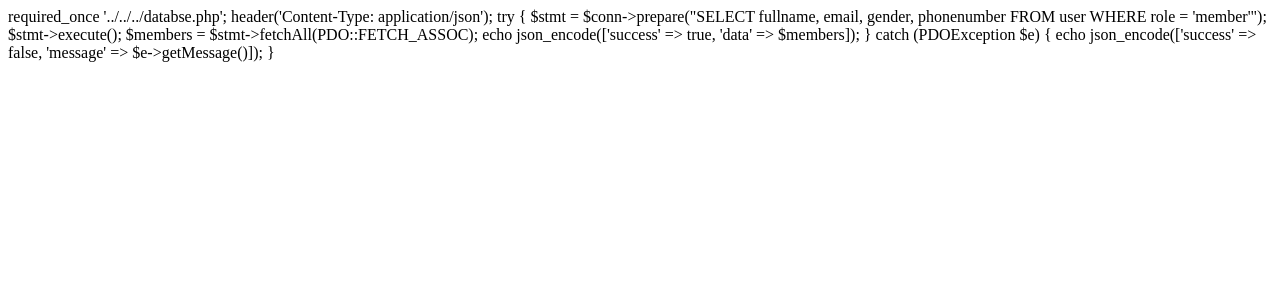
Repository: YIsheng2002/web-frontend
Page: http://localhost/view/Staff/backend-api/getMembers.php
These files come from the project's save history. The page is drawn as it stood at one moment and after the next save; the edit follows.
The browser window is 1280 px wide. The pictures show the whole page.
The page is run by PHP 8.4 with error messages shown; the project is at /var/www/html/.

Above is the page before, as saved 2025-06-28 22:14:27.

After the next save:
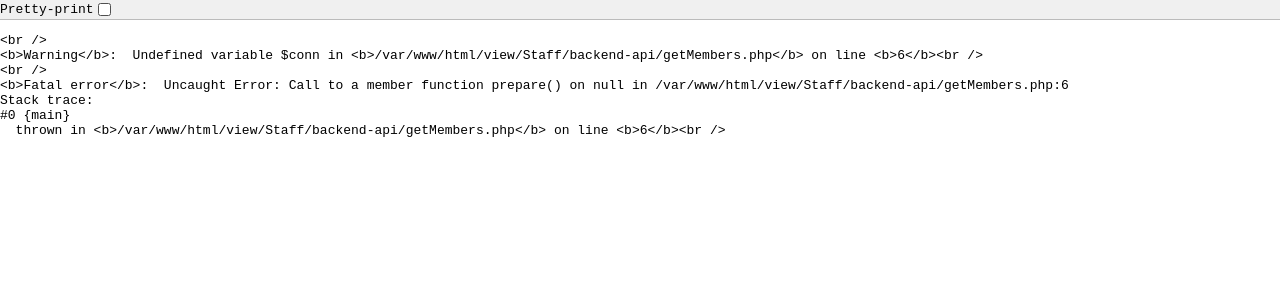
Saved 2 min 8 s later.
--- a/view/Staff/backend-api/getMembers.php
+++ b/view/Staff/backend-api/getMembers.php
@@ -1,4 +1,5 @@
-required_once '../../../databse.php';
+<?php
+// This file is part of the Order Management System project.required_once '../../../databse.php';
 header('Content-Type: application/json');
 
 try {
@@ -10,3 +11,4 @@ try {
 } catch (PDOException $e) {
     echo json_encode(['success' => false, 'message' => $e->getMessage()]);
 }
+?>
